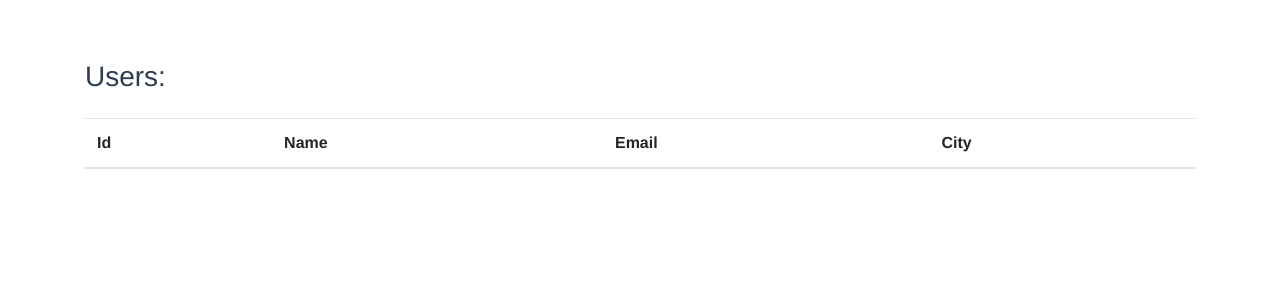
Repository: Robogeek95/rankapp
Page: /
These files come from the project's save history. The page is drawn as it stood at one moment and after the next save; the edit follows.
The browser window is 1280 px wide. The pictures show the whole page.
The page's requests for data from a server got no answer. The project was rebuilt for these pictures with package versions that can differ from the ones it lists, and the page was loaded fresh each time. No one was signed in, and anything a server would have sent is missing.

Above is the page before, as saved 2021-04-18 16:21:58.

### src/main.js
import Vue from 'vue'
import App from './App.vue'
import 'bootstrap/dist/css/bootstrap.css'

Vue.config.productionTip = false

new Vue({
  render: h => h(App),
}).$mount('#app')

### src/App.vue
<template>
  <div id="app">
    <Users />
  </div>
</template>

<script>

import Users from './components/Users.vue'

export default {
  name: "App",
  components: {
    Users
  }
};
</script>

<style>
#app {
  font-family: Avenir, Helvetica, Arial, sans-serif;
  -webkit-font-smoothing: antialiased;
  -moz-osx-font-smoothing: grayscale;
  color: #2c3e50;
  margin-top: 60px;
}
</style>

### src/components/Users.vue
<template>
  <div class="container">
    <div class="heading mb-4">
      <h3>Users:</h3>
    </div>
    <table class="table table-striped">
      <thead>
        <tr>
          <th scope="col">Id</th>
          <th scope="col">Name</th>
          <th scope="col">Email</th>
          <th scope="col">City</th>
        </tr>
      </thead>
      <tbody>
        <tr v-for="user in users" v-bind:key="user.id">
          <th scope="row">{{user.id}}</th>
          <td>{{user.name}}</td>
          <td>{{user.email}}</td>
          <td>{{user.address.city}}</td>
        </tr>
      </tbody>
    </table>
  </div>
</template>

<script>
import axios from "axios";

export default {
  name: "Users",
  data() {
    return {
      users: null
    };
  },
  created: function() {
    axios.get("https://jsonplaceholder.typicode.com/users").then(res => {
      this.users = res.data;
    });
  }
};
</script>

<style>
h3 {
  margin-bottom: 5%;
}
</style>

Loaded but not shown: public/index.html (common file)

After the next save:
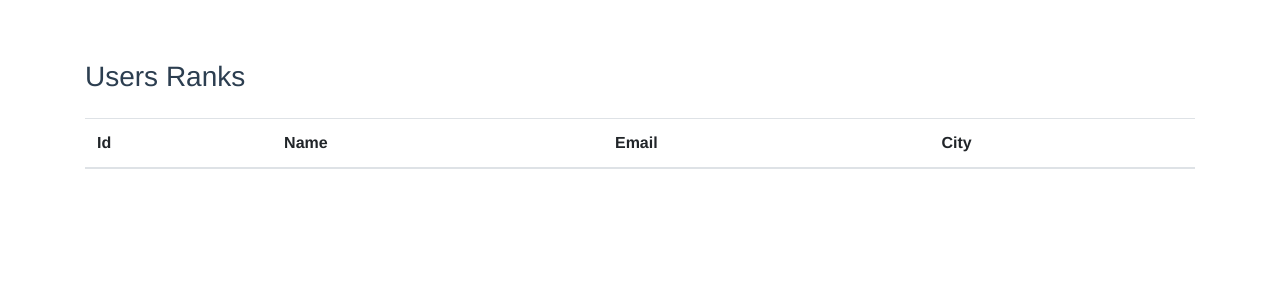
Saved 23 s later.
--- a/src/components/Users.vue
+++ b/src/components/Users.vue
@@ -1,7 +1,7 @@
 <template>
   <div class="container">
     <div class="heading mb-4">
-      <h3>Users:</h3>
+      <h3>Users Ranks</h3>
     </div>
     <table class="table table-striped">
       <thead>
